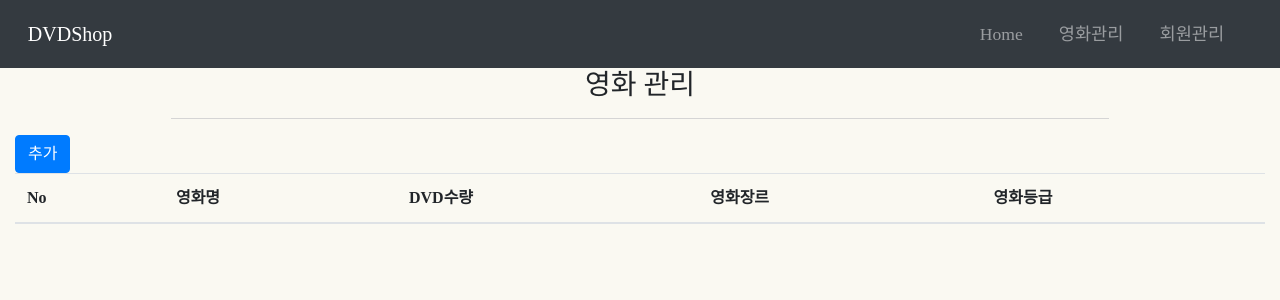
Repository: afterup/dvdshop
Page: http://localhost/shop_project/admin
An editor plug-in stored every save of this project. The page is shown before and after the next save, followed by the edit.
The browser window is 1280 px wide. The pictures show the whole page.
The page is served by Tomcat 9. Queries for data that is not in the repository find no rows.

Above is the page before, as saved 2019-08-14 10:32:46.

After the next save:
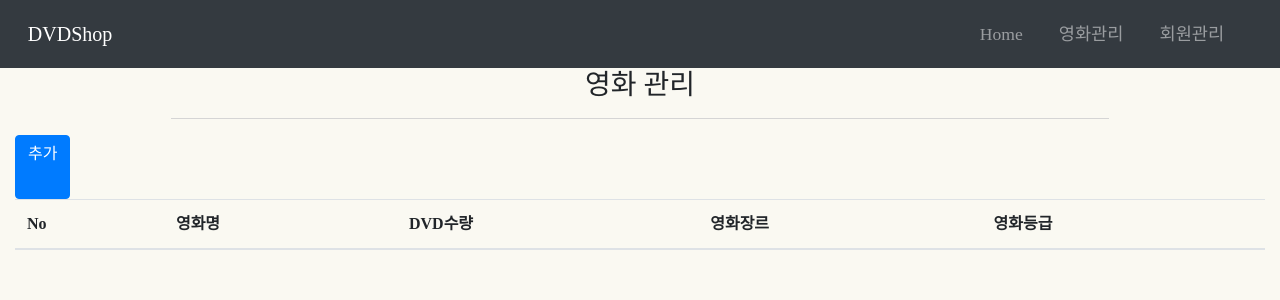
Saved 9 s later.
--- a/shop_project/WebContent/view/manager/admin.jsp
+++ b/shop_project/WebContent/view/manager/admin.jsp
@@ -25,7 +25,7 @@
 	<div class="container-fluid">
 			<h3 class="text-center">영화 관리</h3>
 			<hr class="light">
-			<a href="admin?action=create" class="btn btn-primary text-right">추가</a>
+			<a href="admin?action=create" class="btn btn-primary padding">추가</a>
 			<table class="table table-striped">
 				<thead>
 					<tr>
